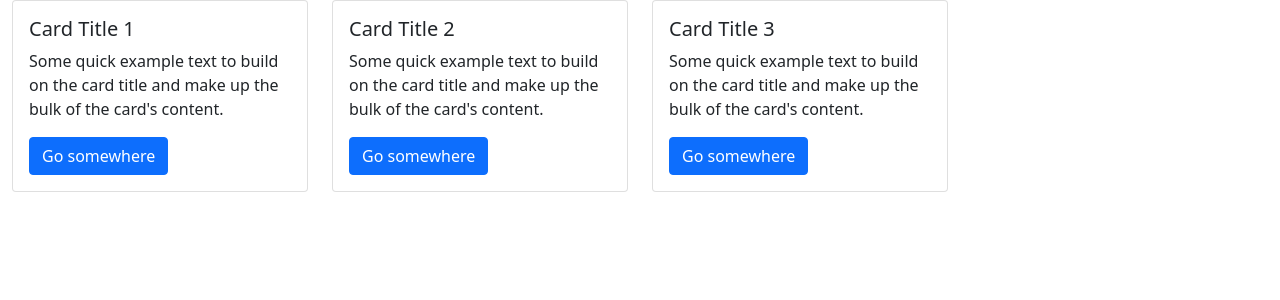
Repository: Dayvid0/BOOTSTRAP-TUTORIALS
Page: BOOTSTRAP-GRID-LAYOUTS/layouts.html
The author's editor kept a copy of each file at every save. The page is drawn from the files as they stood at one save, then again after the next save.
The browser window is 1280 px wide. The pictures show the whole page.

Above is the page before, as saved 2025-01-24 14:46:35.

After the next save:
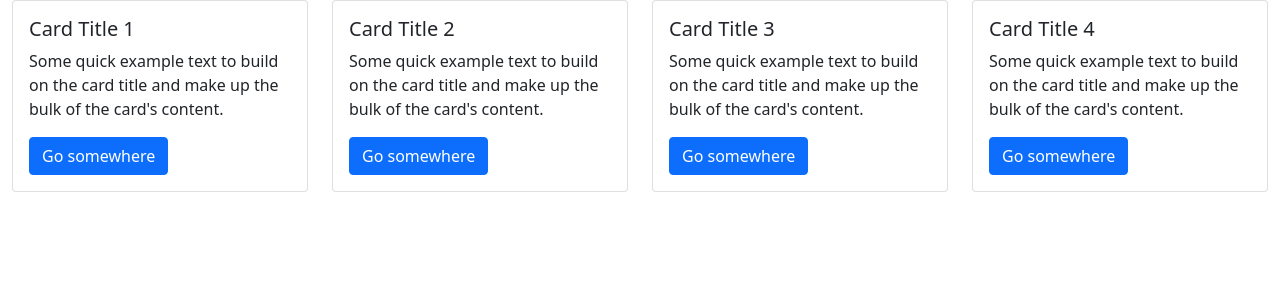
Saved 17 min 44 s later.
--- a/BOOTSTRAP-GRID-LAYOUTS/layouts.html
+++ b/BOOTSTRAP-GRID-LAYOUTS/layouts.html
@@ -38,3 +38,21 @@
               <h5 class="card-title">Card Title 3</h5>
               <p class="card-text">Some quick example text to build on the card title and make up the bulk of the card's content.</p>
               <a href="#" class="btn btn-primary">Go somewhere</a>
+            </div>
+          </div>
+        </div>
+        <!-- Card 4 -->
+        <div class="col-md-3">
+          <div class="card" style="width: 100%;">
+            <div class="card-body">
+              <h5 class="card-title">Card Title 4</h5>
+              <p class="card-text">Some quick example text to build on the card title and make up the bulk of the card's content.</p>
+              <a href="#" class="btn btn-primary">Go somewhere</a>
+            </div>
+          </div>
+        </div>
+      </div>
+    </div>
+    <script src="https://cdn.jsdelivr.net/npm/bootstrap@5.0.2/dist/js/bootstrap.bundle.min.js" integrity="sha384-MrcW6ZMFYlzcLA8Nl+NtUVF0sA7MsXsP1UyJoMp4YLEuNSfAP+JcXn/tWtIaxVXM" crossorigin="anonymous"></script>
+  </body>
+</html>
